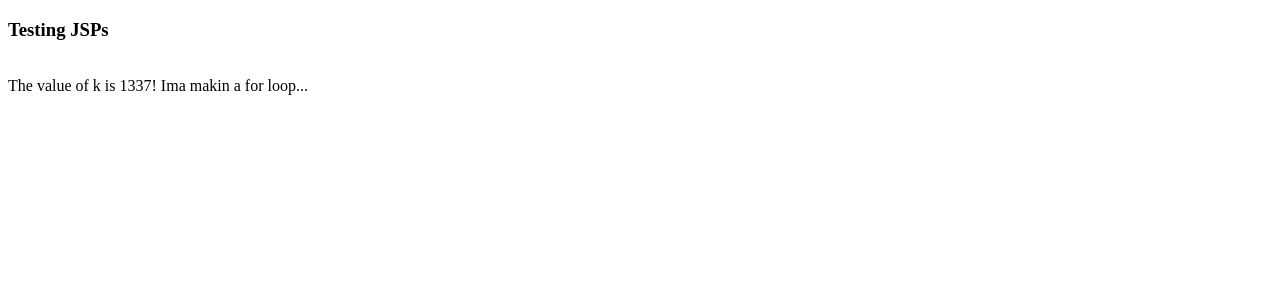
Repository: kjng/java-playground
Page: http://localhost/SimpleServletProject/test.jsp
The author's editor kept a copy of each file at every save. The page is drawn from the files as they stood at one save, then again after the next save.
The browser window is 1280 px wide. The pictures show the whole page.
The page is served by Tomcat 9. Nobody is signed in. The application's start-up code is not run.

Above is the page before, as saved 2017-08-07 17:14:49.

After the next save:
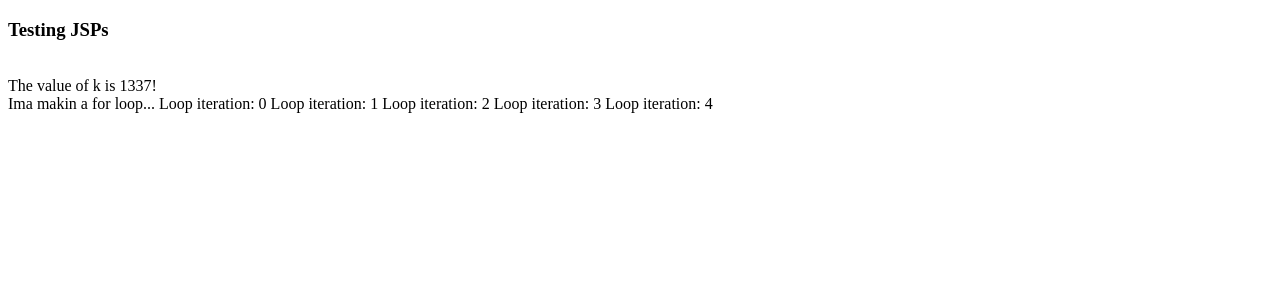
Saved 79 s later.
--- a/youtube/java/SimpleServletProject/WebContent/test.jsp
+++ b/youtube/java/SimpleServletProject/WebContent/test.jsp
@@ -28,9 +28,14 @@
 	%>
 
 	<br>
+	The value of k is <%=k %>!
+	<br>
+	Ima makin a for loop...
 
-	The value of k is <%=k %>!
-
-	Ima makin a for loop...
+	<%
+	for (i = 0; i < 5; i++) {
+	%>
+	Loop iteration: <%=i %>
+	<% } %>
 </body>
 </html>
